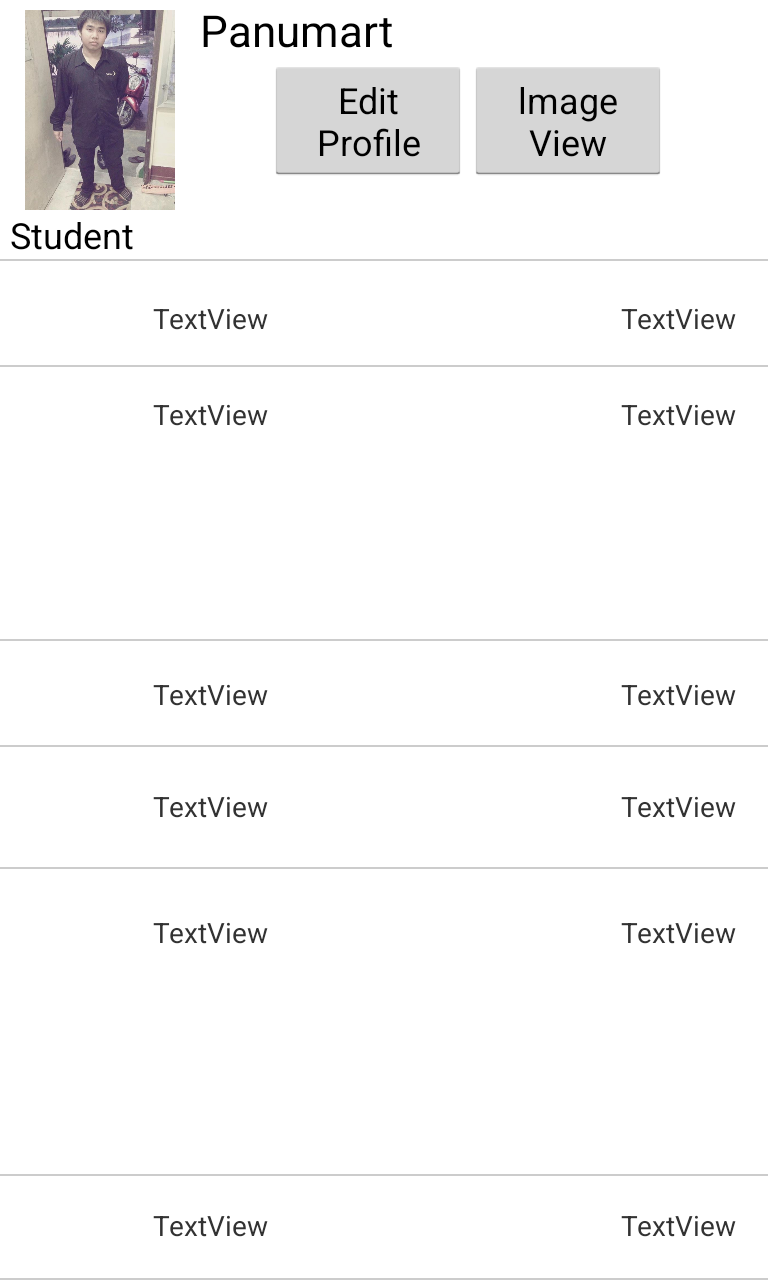
Repository: PanumartThamkawin/Resuma_55410657
Layout: Panu657/res/layout/activity_main.xml
An editor plug-in stored every save of this project. The layout is shown before and after the next save, followed by the edit.
It is drawn on a 768 x 1280 px phone screen (xhdpi) without system bars, with theme AppTheme; the app's code is not run.

Above is the layout before, as saved 2014-09-01 06:41:33.

### Panu657/res/layout/activity_main.xml
<RelativeLayout xmlns:android="http://schemas.android.com/apk/res/android"
    xmlns:tools="http://schemas.android.com/tools"
    android:layout_width="match_parent"
    android:layout_height="match_parent"
    android:layout_marginLeft="5dp"
    tools:context="${relativePackage}.${activityClass}" >

    <LinearLayout
        android:id="@+id/linearLayout1"
        android:layout_width="100dp"
        android:layout_height="100dp"
        android:layout_marginTop="5dp" >

        <ImageView
            android:id="@+id/imageView1"
            android:layout_width="wrap_content"
            android:layout_height="wrap_content"
            android:src="@drawable/jame" />
    </LinearLayout>

    <TextView
        android:id="@+id/textView1"
        android:layout_width="wrap_content"
        android:layout_height="wrap_content"
        android:layout_alignParentTop="true"
        android:layout_toRightOf="@+id/linearLayout1"
        android:text="Panumart "
        android:textAppearance="?android:attr/textAppearanceLarge" />

    <LinearLayout
        android:id="@+id/linearLayout3"
        android:layout_width="wrap_content"
        android:layout_height="wrap_content"
        android:layout_alignParentRight="true"
        android:layout_below="@id/textView1"
        android:layout_marginRight="50dp" >

        <Button
            android:id="@+id/button1"
            android:layout_width="100dp"
            android:layout_height="wrap_content"
            android:text="Edit Profile" />

        <Button
            android:id="@+id/button2"
            android:layout_width="100dp"
            android:layout_height="wrap_content"
            android:text="lmage View" />
    </LinearLayout>

    <LinearLayout
        android:id="@+id/linearLayout2"
        android:layout_width="match_parent"
        android:layout_height="wrap_content"
        android:layout_below="@id/linearLayout1" >

        <TextView
            android:id="@+id/textView2"
            android:layout_width="wrap_content"
            android:layout_height="wrap_content"
            android:layout_marginLeft="5dp"
            android:text="Student "
            android:textAppearance="?android:attr/textAppearanceMedium" />
    </LinearLayout>

    <TextView
        android:id="@+id/textView4"
        android:layout_width="wrap_content"
        android:layout_height="wrap_content"
        android:layout_alignParentRight="true"
        android:layout_below="@+id/view1"
        android:layout_marginRight="16dp"
        android:layout_marginTop="19dp"
        android:text="TextView" />

    <TextView
        android:id="@+id/textView3"
        android:layout_width="wrap_content"
        android:layout_height="wrap_content"
        android:layout_alignBaseline="@+id/textView4"
        android:layout_alignBottom="@+id/textView4"
        android:layout_toLeftOf="@+id/linearLayout3"
        android:text="TextView" />

    <TextView
        android:id="@+id/textView5"
        android:layout_width="wrap_content"
        android:layout_height="wrap_content"
        android:layout_below="@+id/view2"
        android:layout_marginTop="14dp"
        android:layout_toLeftOf="@+id/linearLayout3"
        android:text="TextView" />

    <View
        android:id="@+id/View01"
        android:layout_width="wrap_content"
        android:layout_height="1dp"
        android:layout_alignParentLeft="true"
        android:layout_centerVertical="true"
        android:background="#cccccc" />

    <View
        android:id="@+id/view1"
        android:layout_width="wrap_content"
        android:layout_height="1dp"
        android:layout_alignParentLeft="true"
        android:layout_below="@+id/linearLayout2"
        android:background="#cccccc" />

    <View
        android:id="@+id/view2"
        android:layout_width="wrap_content"
        android:layout_height="1dp"
        android:layout_alignParentLeft="true"
        android:layout_below="@+id/textView4"
        android:layout_marginTop="14dp"
        android:background="#cccccc" />

    <View
        android:id="@+id/View02"
        android:layout_width="wrap_content"
        android:layout_height="1dp"
        android:layout_alignParentLeft="true"
        android:layout_below="@+id/View01"
        android:layout_marginTop="52dp"
        android:background="#cccccc" />

    <TextView
        android:id="@+id/textView6"
        android:layout_width="wrap_content"
        android:layout_height="wrap_content"
        android:layout_alignBaseline="@+id/textView5"
        android:layout_alignBottom="@+id/textView5"
        android:layout_alignLeft="@+id/textView4"
        android:text="TextView" />

    <TextView
        android:id="@+id/textView7"
        android:layout_width="wrap_content"
        android:layout_height="wrap_content"
        android:layout_alignLeft="@+id/textView5"
        android:layout_below="@+id/View01"
        android:layout_marginTop="17dp"
        android:text="TextView" />

    <TextView
        android:id="@+id/textView8"
        android:layout_width="wrap_content"
        android:layout_height="wrap_content"
        android:layout_alignBaseline="@+id/textView7"
        android:layout_alignBottom="@+id/textView7"
        android:layout_alignLeft="@+id/textView6"
        android:text="TextView" />

    <View
        android:id="@+id/View05"
        android:layout_width="wrap_content"
        android:layout_height="1dp"
        android:layout_alignParentBottom="true"
        android:layout_alignParentLeft="true"
        android:background="#cccccc" />

    <View
        android:id="@+id/View04"
        android:layout_width="wrap_content"
        android:layout_height="1dp"
        android:layout_above="@+id/View05"
        android:layout_alignParentLeft="true"
        android:layout_marginBottom="51dp"
        android:background="#cccccc" />

    <View
        android:id="@+id/View03"
        android:layout_width="wrap_content"
        android:layout_height="1dp"
        android:layout_alignParentLeft="true"
        android:layout_below="@+id/View02"
        android:layout_marginTop="60dp"
        android:background="#cccccc" />

    <TextView
        android:id="@+id/textView9"
        android:layout_width="wrap_content"
        android:layout_height="wrap_content"
        android:layout_alignLeft="@+id/textView7"
        android:layout_below="@+id/View02"
        android:layout_marginTop="20dp"
        android:text="TextView" />

    <TextView
        android:id="@+id/textView10"
        android:layout_width="wrap_content"
        android:layout_height="wrap_content"
        android:layout_alignBaseline="@+id/textView9"
        android:layout_alignBottom="@+id/textView9"
        android:layout_alignLeft="@+id/textView8"
        android:text="TextView" />

    <TextView
        android:id="@+id/textView11"
        android:layout_width="wrap_content"
        android:layout_height="wrap_content"
        android:layout_alignLeft="@+id/textView9"
        android:layout_below="@+id/View03"
        android:layout_marginTop="22dp"
        android:text="TextView" />

    <TextView
        android:id="@+id/textView12"
        android:layout_width="wrap_content"
        android:layout_height="wrap_content"
        android:layout_alignBaseline="@+id/textView11"
        android:layout_alignBottom="@+id/textView11"
        android:layout_alignLeft="@+id/textView10"
        android:text="TextView" />

    <TextView
        android:id="@+id/textView13"
        android:layout_width="wrap_content"
        android:layout_height="wrap_content"
        android:layout_above="@+id/View05"
        android:layout_alignLeft="@+id/textView11"
        android:layout_marginBottom="17dp"
        android:text="TextView" />

    <TextView
        android:id="@+id/textView14"
        android:layout_width="wrap_content"
        android:layout_height="wrap_content"
        android:layout_alignBaseline="@+id/textView13"
        android:layout_alignBottom="@+id/textView13"
        android:layout_alignLeft="@+id/textView12"
        android:text="TextView" />

</RelativeLayout>

Loaded but not shown: Panu657/res/values/styles.xml (common file); Panu657/res/values-v11/styles.xml (common file); Panu657/res/values-v14/styles.xml (common file)

After the next save:
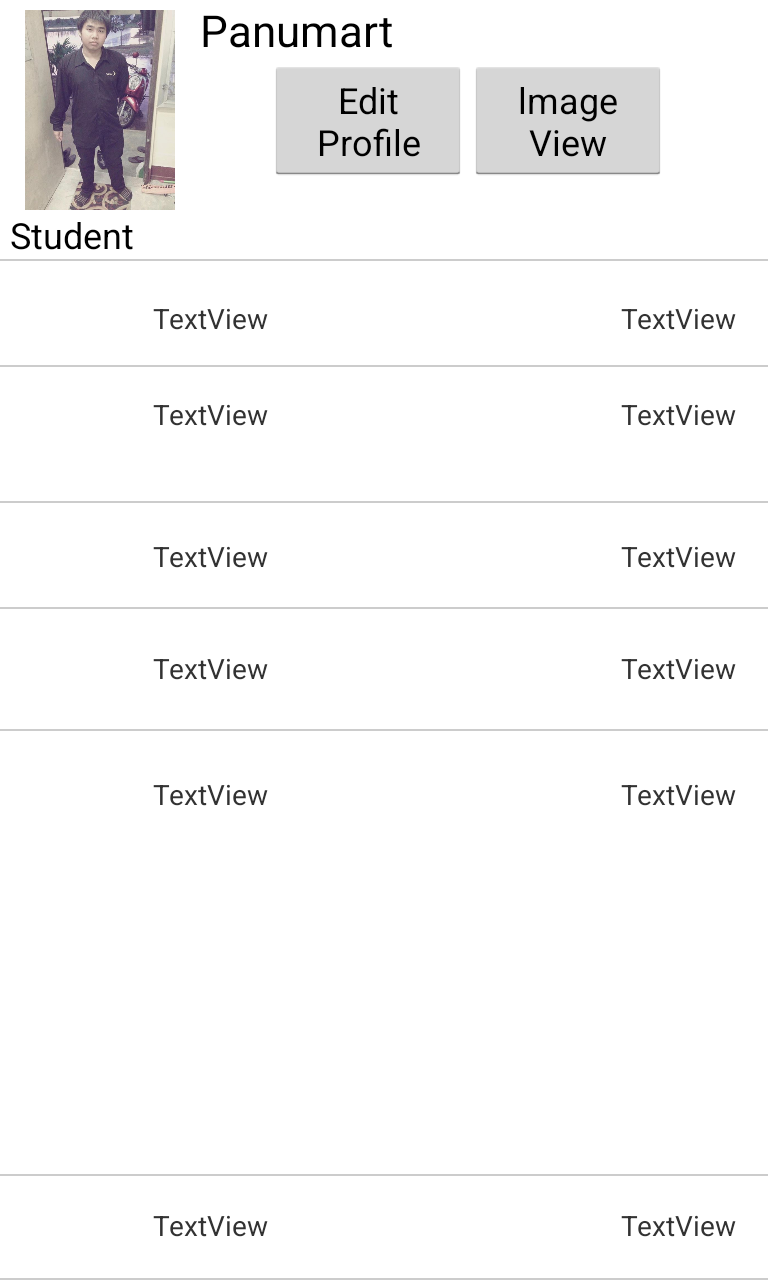
Saved 77 s later.
--- a/Panu657/res/layout/activity_main.xml
+++ b/Panu657/res/layout/activity_main.xml
@@ -92,14 +92,6 @@
         android:text="TextView" />
 
     <View
-        android:id="@+id/View01"
-        android:layout_width="wrap_content"
-        android:layout_height="1dp"
-        android:layout_alignParentLeft="true"
-        android:layout_centerVertical="true"
-        android:background="#cccccc" />
-
-    <View
         android:id="@+id/view1"
         android:layout_width="wrap_content"
         android:layout_height="1dp"
@@ -232,4 +224,13 @@
         android:layout_alignLeft="@+id/textView12"
         android:text="TextView" />
 
+    <View
+        android:id="@+id/View01"
+        android:layout_width="wrap_content"
+        android:layout_height="1dp"
+        android:layout_alignParentLeft="true"
+        android:layout_below="@+id/textView5"
+        android:layout_marginTop="34dp"
+        android:background="#cccccc" />
+
 </RelativeLayout>
